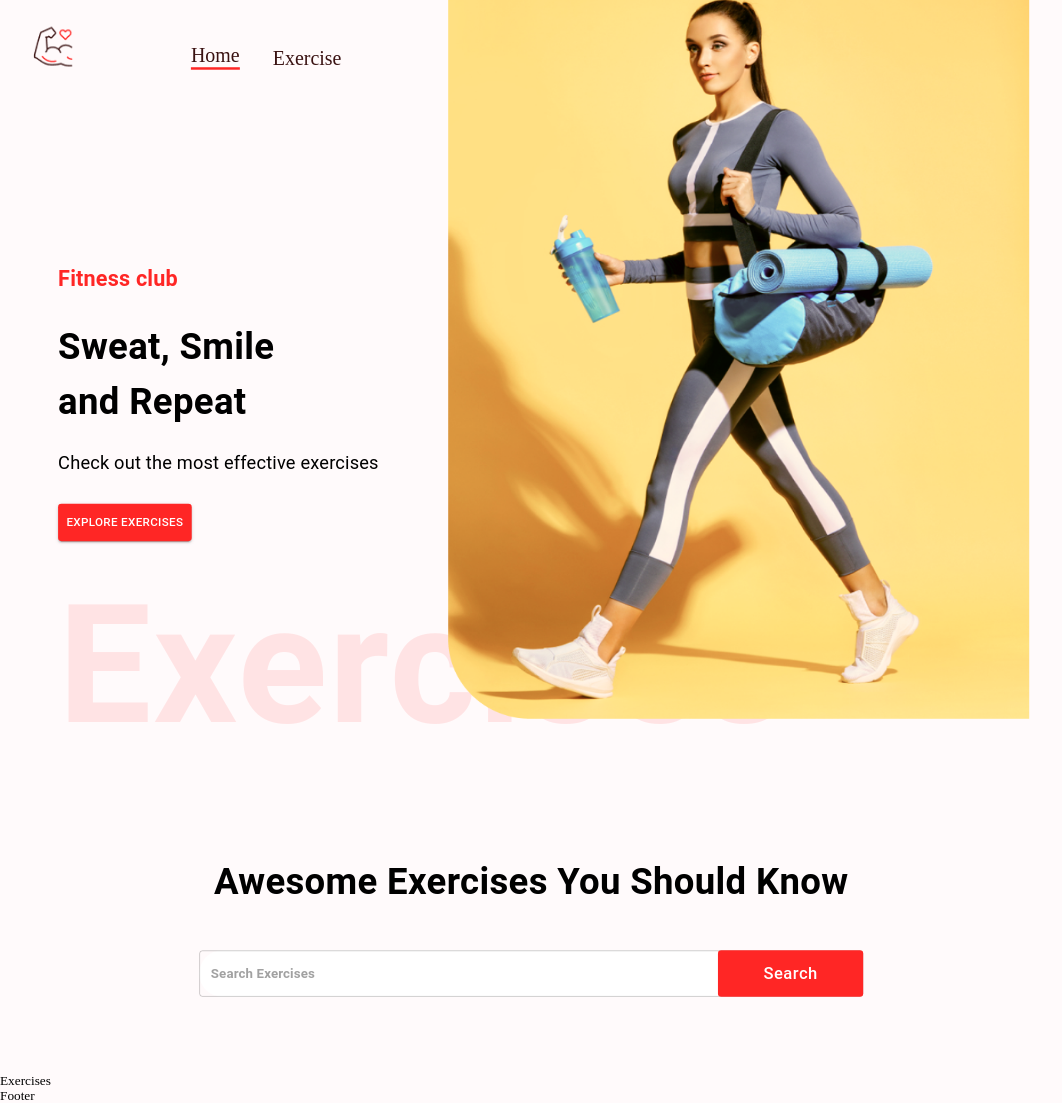
Repository: Ayush-dixit-15/ADGym
Page: /
An editor plug-in stored every save of this project. The page is shown before and after a run of saves, followed by the edit.
The browser window is 1280 px wide. The pictures show the whole page, at 83% of full size.
The page's requests for data from a server got no answer. The project was rebuilt for these pictures with package versions that can differ from the ones it lists, and the page was loaded fresh each time. No one was signed in, and anything a server would have sent is missing. Also part of the build but not shown: src/pages/ExerciseDetail.js.

Above is the page before, as saved 2022-08-04 20:30:36.

### src/index.js
import React from 'react';
import ReactDOM from 'react-dom/client';
import './index.css';
import App from './App';
import { BrowserRouter } from 'react-router-dom'


const root = ReactDOM.createRoot(document.getElementById('root'));
root.render(
  <BrowserRouter>
  <React.StrictMode>
    <App />
  </React.StrictMode>
  </BrowserRouter>
);

### src/App.js
import React from 'react';
import { Route, Routes } from 'react-router-dom';
import { Box } from '@mui/material'
import './App.css';

import Navbar from './components/Navbar';
import ExerciseDetail from './pages/ExerciseDetail';
import Home from './pages/Home';
import Footer from './components/Footer';

function App() {
  return (
   <Box width = "400px" sx={{ width: {xl : '1448px' }}} m="auto">
    <Navbar/>
    <Routes>
      <Route path = "/" element= {<Home/>}/>
      <Route path = "/exercise/:id" element={<ExerciseDetail />} />
    </Routes>
    <Footer />
   </Box>
  );
}

export default App;

### src/components/Navbar.js
import React from 'react'
import { Link } from 'react-router-dom'
import { Stack } from '@mui/material';

import Logo from '../images/Logo.png'
const Navbar = () => {
  return (
    <Stack direction="row"
    justifyContent="space-around"
    sx={{gap:{
        sm: '122px',
        xs: '40px'},
        mt: { sm: '32px', xs: '20px'}, justifyContent:'none'
    }} px= "20px">
       <Link to ="/">
        <img src = {Logo} alt = "logo" style = {{width:'48px', height: '48px', margin: '0 20px'}} />
        </Link>
        <Stack
            direction="row"
            gap = "40px"
            fontSize="24px"
            alignItems="flex-end"
            >
            <Link to ="/" style = {
              {
                textDecoration:'none',
                color:'#3A1212',
                borderBottom: '3px solid #FF2625'
              }
            }>Home</Link>
            <a href = "#exercises" style = {
                {
                  textDecoration:'none',
                  color:'#3A1212'
                }
            }>Exercise</a>
        </Stack>
    </Stack>
  )
}

export default Navbar

### src/pages/Home.js
import React, {useState} from 'react';
import { Box } from '@mui/system';
import HeroBanner from '../components/HeroBanner';
import SearchExercises from '../components/SearchExercises';
import Exercises from '../components/Exercises';

const Home = () => {
  return (
    <Box>
        <HeroBanner/>
        <SearchExercises/>
        <Exercises/>
    </Box>
  )
}

export default Home

### src/components/HeroBanner.js
 import React from 'react'
 import { Box, padding, Stack } from '@mui/system'
 import Typography from '@mui/material/Typography';
 import Button from '@mui/material/Button';
 import HeroBannerImage from '../images/banner.png'
 const HeroBanner = () => {
   return (
     <Box sx={{
        mt: { lg: '212px', xs: '70px'},
        ml: { sm: '50px'}
     }} position="relative" p="20px">
        <Typography color = "#FF2625"
        fontWeight="600"
        fontSize="26px"
        >
            Fitness club
        </Typography>
        <Typography fontWeight={700}
        sx={
            {
                fontSize:{ lg: '44px', xs: '40px'}
            }
        } mb="23px" mt="30px">
            Sweat, Smile <br />
            and Repeat
        </Typography>
        <Typography fontSize="22px" lineHeight="35px" mb={4}>
            Check out the most effective exercises
        </Typography>
        <Button variant="contained"
        color="error" href="#exercises" sx={{backgroundColor: '#ff2625', padding:'10px'}}>Explore exercises</Button>
        <Typography
          fontWeight={600}
          color="#ff2625"
          sx={{
            opacity: 0.1,
            display: { lg:'block' , xs: 'none'}
          }}
          fontSize="200px">Exercises</Typography>
        <img src={HeroBannerImage} alt="banner" className="hero-banner-img" />
     </Box>
   )
 }

 export default HeroBanner

### src/components/SearchExercises.js
import React, { useEffect, useState } from 'react';
import { Box} from '@mui/system';
import Button from '@mui/material/Button';
import Stack from '@mui/material/Stack';
import Typography from '@mui/material/Typography';
import TextField from '@mui/material/TextField';
import { exerciseOptions, fetchData } from '../utils/fetchData';

const SearchExercises = () => {
  const [search, setSearch] = useState('');
  const [exercises, setExercises] = useState([]);
  const [bodyParts, setBodyParts] = useState([]);

  useEffect(() => {
    const fetchExercisesData = async () =>{
      const bodyPartsData = await fetchData('https://exercisedb.p.rapidapi.com/exercises/bodyPartList' , exerciseOptions);

      setBodyParts(['all', ...bodyPartsData])
    }
    fetchExercisesData();
  }, [])

  const handleSearch = async () =>{
  if(search){
    const exercisesData = await fetchData(
      'https://exercisedb.p.rapidapi.com/exercises' , exerciseOptions
    );
      const searchedExercises = exercisesData.filter(
        (exercise)=>
            exercise.name.toLowerCase().includes(search)
            || exercise.target.toLowerCase().includes(search)
            || exercise.equipment.toLowerCase().includes(search)
            || exercise.bodyPart.toLowerCase().includes(search)
    );
    setSearch('');
    setExercises(searchedExercises)
  }
}
return (
    <Stack alignItems = "center " mt= "37px"
    justifyContent="center" p="20px">
        <Typography fontWeight={700} sx={
            {
                fontSize:{ lg: '44px', xs:'30px'}
            }
        } mb="50px" textAlign="center">Awesome Exercises You Should Know</Typography>
        <Box position ="relative" mb="72px">
            <TextField
              sx={{
                input: { fontWeight: '700', border:'none', borderRadius:'4px'},
                width: { lg: '800px', xs:'350px'},
                backgroundColor: '#fff', borderRadius: '40px'
              }}
              height="76px"
              value={search}
              onChange={(e) =>{
                setSearch(e.target.value.toLowerCase())
              }} placeholder="Search Exercises"
              type="text"/>
              <Button className='search-btn'
                 sx={{
                    bgcolor:'#FF2625',
                    color:'#fff',
                    textTransform: 'none',
                    width: { lg: '175px', xs: '80px'},
                    fontSize: { lg:'20px', xs: '14px' },
                    height:'56px',
                    position: "absolute",
                    right: ' 0 '
                 }}
                 onClick = {handleSearch}
                 >
                Search
              </Button>
        </Box>
        <Box sx ={
          {
             position: 'relative'
          }
        }>

        </Box>
    </Stack>
  )
}

export default SearchExercises

### src/utils/fetchData.js
export const exerciseOptions = {
    method: 'GET',
    url: 'https://exercisedb.p.rapidapi.com/exercises/bodyPartList',
    headers: {
      'X-RapidAPI-Key': '9e086ca345msh0d8f3e16fdf6311p1d4168jsn6cd237c5ad9d',
      'X-RapidAPI-Host': 'exercisedb.p.rapidapi.com'
    }
  };
export const fetchData = async (url, options) =>{
    const response = await fetch(url ,  options);
    const data = await response.json();

    return data;
}

Loaded but not shown: public/index.html (common file); src/index.css (common file); src/App.css (common file); src/components/Footer.js (common file); src/components/Exercises.js (common file)

After the next 6 saves:
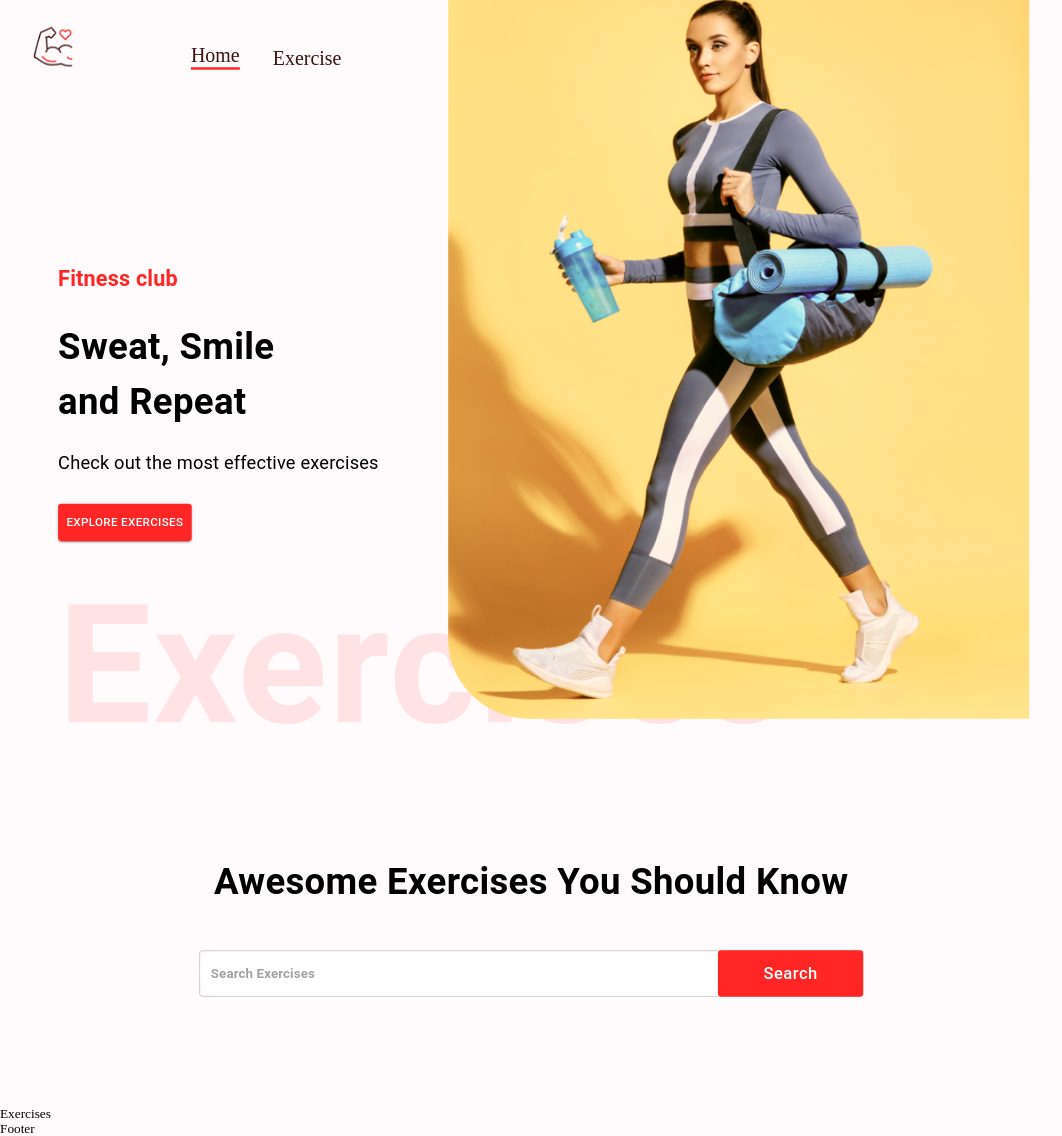
The 6 saves are shown as one change because they came seconds apart.
The last was saved 17 s later.
--- a/src/components/SearchExercises.js
+++ b/src/components/SearchExercises.js
@@ -75,7 +75,9 @@ return (
         </Box>
         <Box sx ={
           {
-             position: 'relative'
+             position: 'relative',
+             width: '100%',
+             p: '20px'
           }
         }>
 
